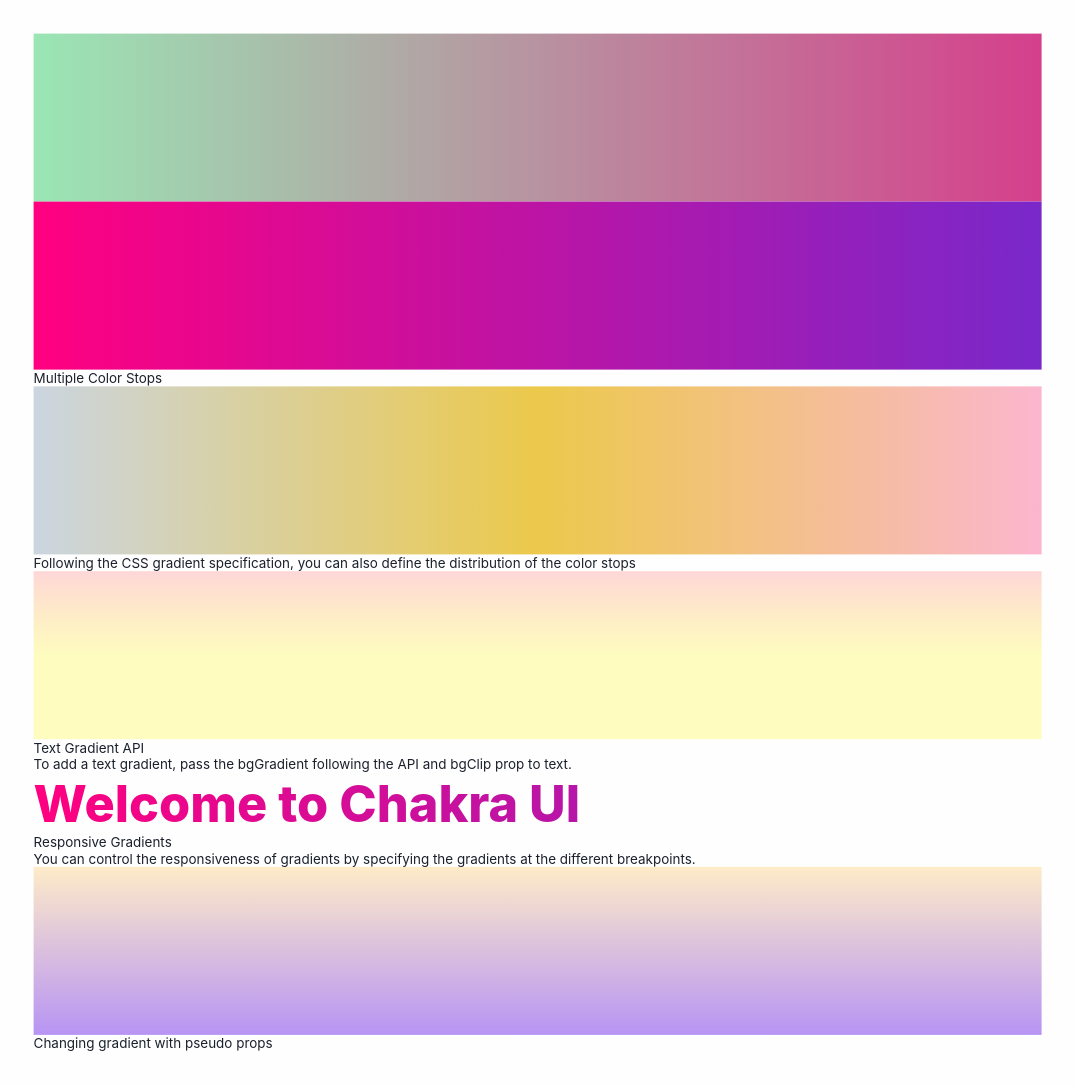
Repository: jorgelucasjs/chakra-ui-doc
Page: /
These files come from the project's save history. The page is drawn as it stood at one moment and after a run of saves; the edit follows.
The browser window is 1280 px wide. The pictures show the whole page, at 84% of full size.
The project was rebuilt for these pictures with package versions that can differ from the ones it lists, and the page was loaded fresh each time.

Above is the page before, as saved 2023-01-05 11:55:22.

### public/index.html
<!DOCTYPE html>
<html lang="en">
  <head>
    <meta charset="utf-8" />
   <!--  <link rel="icon" href="%PUBLIC_URL%/logo.jpg" /> -->
    <meta name="viewport" content="width=device-width, initial-scale=1" />
    <meta name="theme-color" content="#000000" />
    <meta
      name="description"
      content="Web site created using create-react-app"
    />
    <!-- <link rel="apple-touch-icon" href="%PUBLIC_URL%/logo.jpg" /> -->
    <!--
      manifest.json provides metadata used when your web app is installed on a
      user's mobile device or desktop. See https://developers.google.com/web/fundamentals/web-app-manifest/
    -->
    <link rel="manifest" href="%PUBLIC_URL%/manifest.json" />
    <!--
      Notice the use of %PUBLIC_URL% in the tags above.
      It will be replaced with the URL of the `public` folder during the build.
      Only files inside the `public` folder can be referenced from the HTML.

      Unlike "/favicon.ico" or "favicon.ico", "%PUBLIC_URL%/favicon.ico" will
      work correctly both with client-side routing and a non-root public URL.
      Learn how to configure a non-root public URL by running `npm run build`.
    -->
    <title>Chackra ui</title>
  </head>
  <body>
    <noscript>You need to enable JavaScript to run this app.</noscript>
    <div id="root"></div>
    <!--
      This HTML file is a template.
      If you open it directly in the browser, you will see an empty page.

      You can add webfonts, meta tags, or analytics to this file.
      The build step will place the bundled scripts into the <body> tag.

      To begin the development, run `npm start` or `yarn start`.
      To create a production bundle, use `npm run build` or `yarn build`.
    -->
  </body>
</html>

### src/index.tsx
import React from 'react';
import ReactDOM from 'react-dom/client';
import App from './App';
import reportWebVitals from './reportWebVitals';

const root = ReactDOM.createRoot(
  document.getElementById('root') as HTMLElement
);


root.render(

	<React.StrictMode>
		<App />
	</React.StrictMode>

);

reportWebVitals();

### src/App.tsx
import * as React from 'react';
import PagesRouter from './routes';
import { extendTheme, ChakraProvider } from '@chakra-ui/react';

export default function App(): JSX.Element {

	const colors = {
		brand: {
			900: '#1a365d',
			800: '#153e75',
			700: '#2a69ac',
		},
	};

	const theme = extendTheme({ colors });

	return (
		<ChakraProvider theme={theme}>
			<PagesRouter />
		</ChakraProvider>
	);
}

### src/routes/index.tsx
import React from 'react';
import { BrowserRouter, Route, Routes } from 'react-router-dom';
import Home from '../pages';
import GlobalStyle from './../style/Global';
export default function PagesRouter(): JSX.Element {
	return (

		<BrowserRouter>
			<GlobalStyle />

			<Routes>

				<Route
					path='/'
					element={<Home />}
				/>
			</Routes>
		</BrowserRouter>

	);
}

### src/pages/index.tsx
import React from 'react';
import { Box, Container, Text, Flex, Grid, Button, SimpleGrid } from '@chakra-ui/react';
import Gradient from '../components/Gradient';


export default function index(): JSX.Element {

	return (
		<Box p={10}>
			<Gradient />
		</Box>
	);
}

### src/style/Global.ts
import { createGlobalStyle } from 'styled-components';

export default createGlobalStyle`
  * {
	  margin: 0;
	  padding: 0;
	  box-sizing: border-box;
	}

  body {
	  width: 100vw;
	  background:#fefefe;
  }

  body,
  input,
  textarea,
  button {
	font: 400 1rem Inter, sans-serif;
  }

  h1 {
	font-size: 2.5rem;
	font: 700;
	font-family: 'Work Sans', sans-serif;
  }

  h2 {
	font-size: 1.5rem;
  }

  button {
	cursor: pointer;
  }

  h1,
  h2,
  h3,
  h4,
  h5,
  h6 {
	font-weight: 600;
	font-family: Lexend, sans-serif;
  }

  input {
	outline: none;
  }
  a{
	text-decoration:none;
	color:#fff;
  }
  .modalContent,
  .secondModal {
	>img {
	  width: 15rem;
	  margin: 15px auto;
	  display: flex;
	  justify-content: center;
	  align-self: center;
	}
	> form {
	  margin: 20px 0;
	  width: 100%;
	  text-align: center;

	> label {
	  display: flex;
	  align-items: flex-start;
	  margin: 15px 0;
	  color: #1c1c1c;
	}

	>button {
	  margin-top: 25px;
	}
  }
}


.secondModal {
  >h1 {
	text-align: center;
	margin: 4rem 0 0 0;
  }

  >span {
	display: block;
	text-align: center;
	color: #1c1c1c;
	font-size: 15px;
	margin: 20px 0;
  }
}



`;

### src/components/Gradient.tsx
import React from 'react';
import { Box, Container, Text, Flex, Grid, Button, SimpleGrid } from '@chakra-ui/react';

export default function Gradient(): JSX.Element {

	/* Here's the list of supported direction shorthands and their respective values:
	{
		"to-t": "to top",
		"to-tr": "to top right",
		"to-r": "to right",
		"to-br": "to bottom right",
		"to-b": "to bottom",
		"to-bl": "to bottom left",
		"to-l": "to left",
		"to-tl": "to top left"
	}*/

	return (
		<div>
			<Box w='100%' h='200px' bgGradient='linear(to-r, green.200, pink.500)' />
			<Box w='100%' h='200px' bgGradient='linear(to-l, #7928CA, #FF0080)' />

			<Text>Multiple Color Stops</Text>
			<Box
				w='100%'
				h='200px'
				bgGradient='linear(to-r, gray.300, yellow.400, pink.200)'
			/>
			<Text>Following the CSS gradient specification, you can also define the distribution of the color stops</Text>

			<Box
				w='100%'
				h='200px'
				bgGradient='linear(red.100 0%, orange.100 25%, yellow.100 50%)'
			/>

			<Text>Text Gradient API</Text>
			<p>To add a text gradient, pass the bgGradient following the API and bgClip prop to text.</p>

			<Text
				bgGradient='linear(to-l, #7928CA, #FF0080)'
				bgClip='text'
				fontSize='6xl'
				fontWeight='extrabold'
			>
				Welcome to Chakra UI
			</Text>

			<Text>Responsive Gradients</Text>
			<p>You can control the responsiveness of gradients by specifying the gradients at the different breakpoints.</p>
			<Box
				w='100%'
				h='200px'
				bgGradient={[
					'linear(to-tr, teal.300, yellow.400)',
					'linear(to-t, blue.200, teal.500)',
					'linear(to-b, orange.100, purple.300)',
				]}
			/>

			<Text>Changing gradient with pseudo props</Text>
			<p>

			</p>



		</div>
	);
}

Loaded but not shown: src/reportWebVitals.ts (common file)

After the next 4 saves:
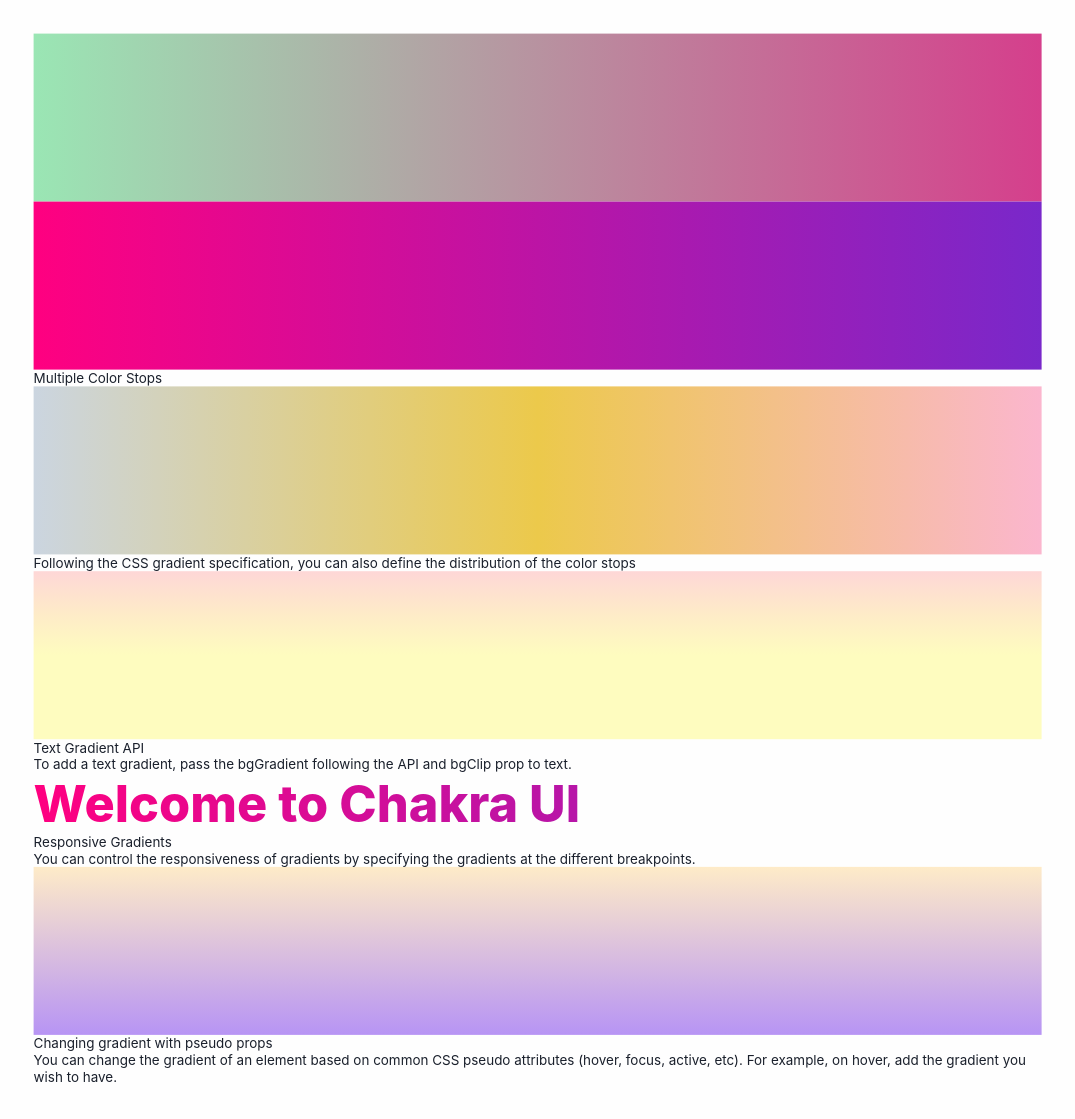
The 4 saves are shown as one change because they came seconds apart.
The last was saved 15 s later.
--- a/src/components/Gradient.tsx
+++ b/src/components/Gradient.tsx
@@ -60,7 +60,8 @@
 
 			<Text>Changing gradient with pseudo props</Text>
 			<p>
-
+				You can change the gradient of an element based on common CSS pseudo attributes (hover, focus, active, etc).
+				For example, on hover, add the gradient you wish to have.
 			</p>
 
 
